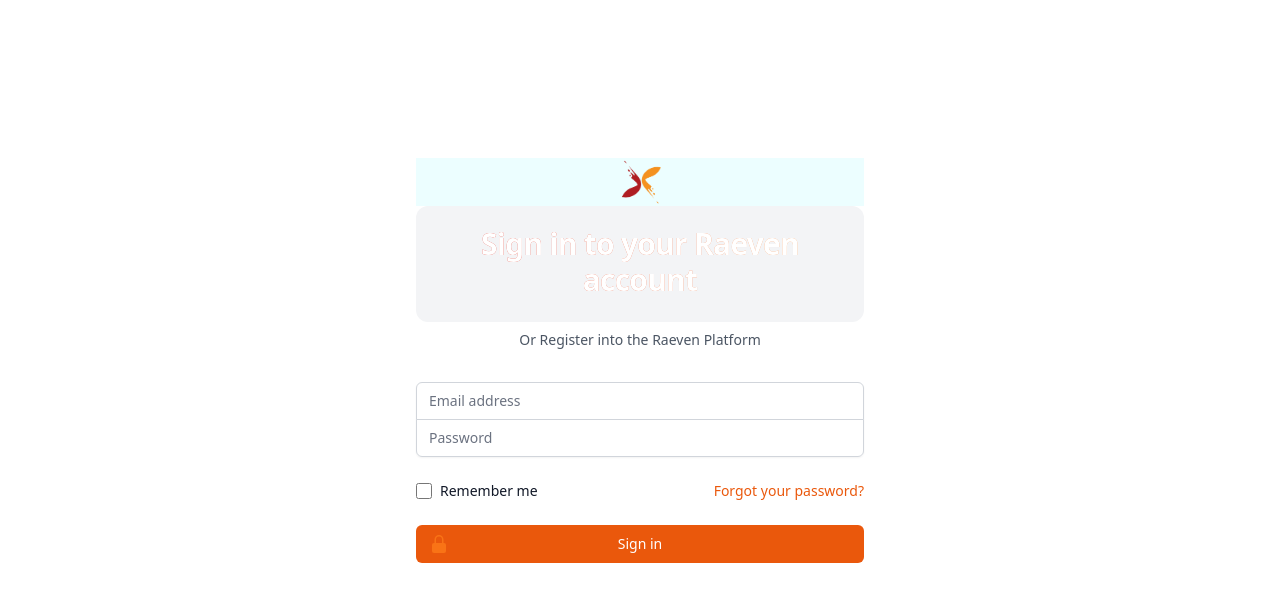
Repository: Curiosityxploring/raeven-site
Page: /login
These files come from the project's save history. The page is drawn as it stood at one moment and after the next save; the edit follows.
The browser window is 1280 px wide. The pictures show the whole page.
The project was rebuilt for these pictures with package versions that can differ from the ones it lists, and the page was loaded fresh each time. The framework's server and built-in components were replaced by stand-ins that run in the browser. Also part of the build but not shown: next.config.js.

Above is the page before, as saved 2023-01-12 15:42:38.

After the next save:
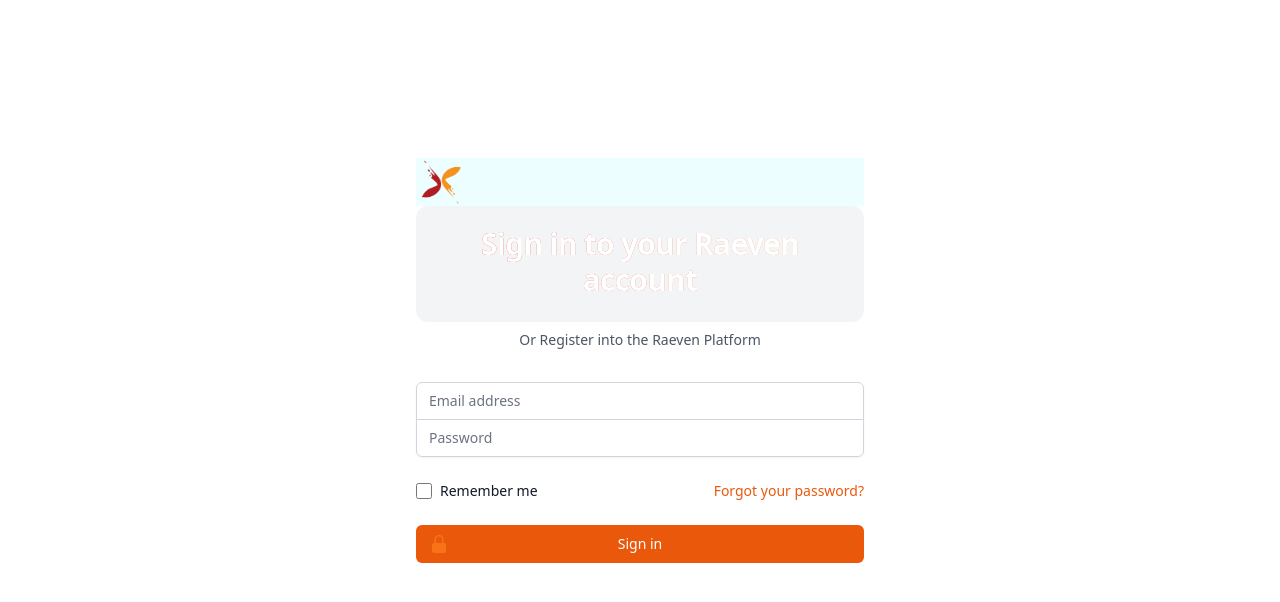
Saved 16 s later.
--- a/pages/login.jsx
+++ b/pages/login.jsx
@@ -17,7 +17,7 @@
           <div>
             <div className="bg-cyan-50">
             <img
-              className="mx-auto h-12 w-auto"
+              className=" h-12 w-auto"
               src="/images/curiositylogo.png"
               alt="Raeven Platform"
             />

After the 3 saves that followed:
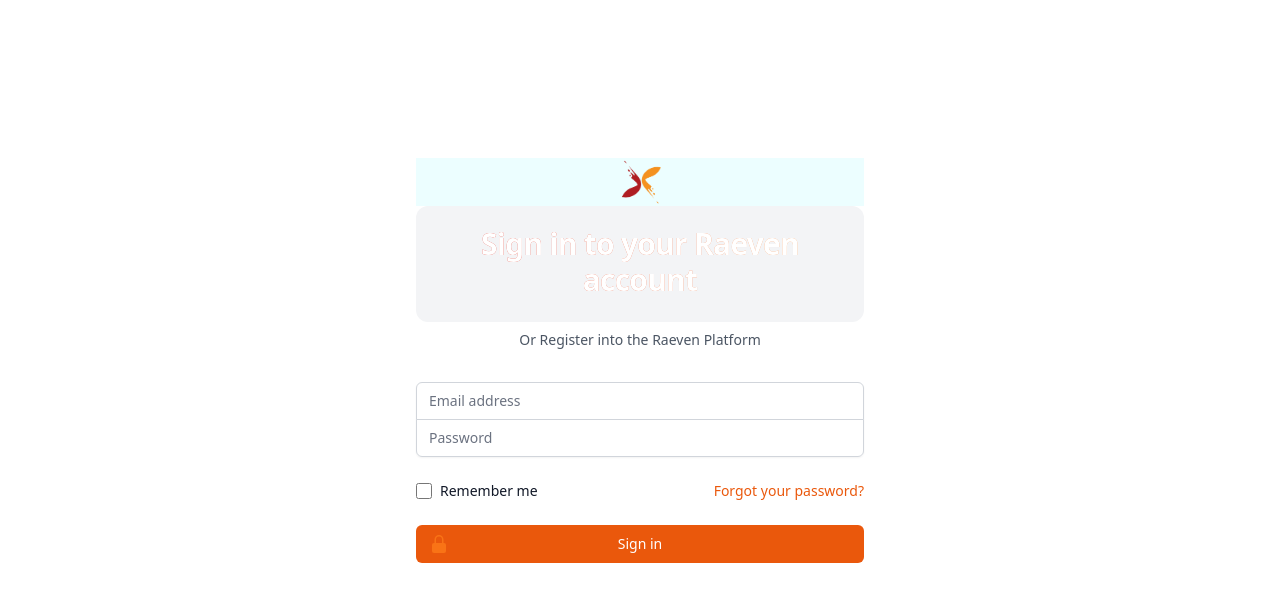
The 3 saves are shown as one change because 2 left the picture as it was.
The last was saved 27 s later.
--- a/pages/login.jsx
+++ b/pages/login.jsx
@@ -17,7 +17,7 @@
           <div>
             <div className="bg-cyan-50">
             <img
-              className=" h-12 w-auto"
+              className="mx-auto h-12 w-auto"
               src="/images/curiositylogo.png"
               alt="Raeven Platform"
             />
